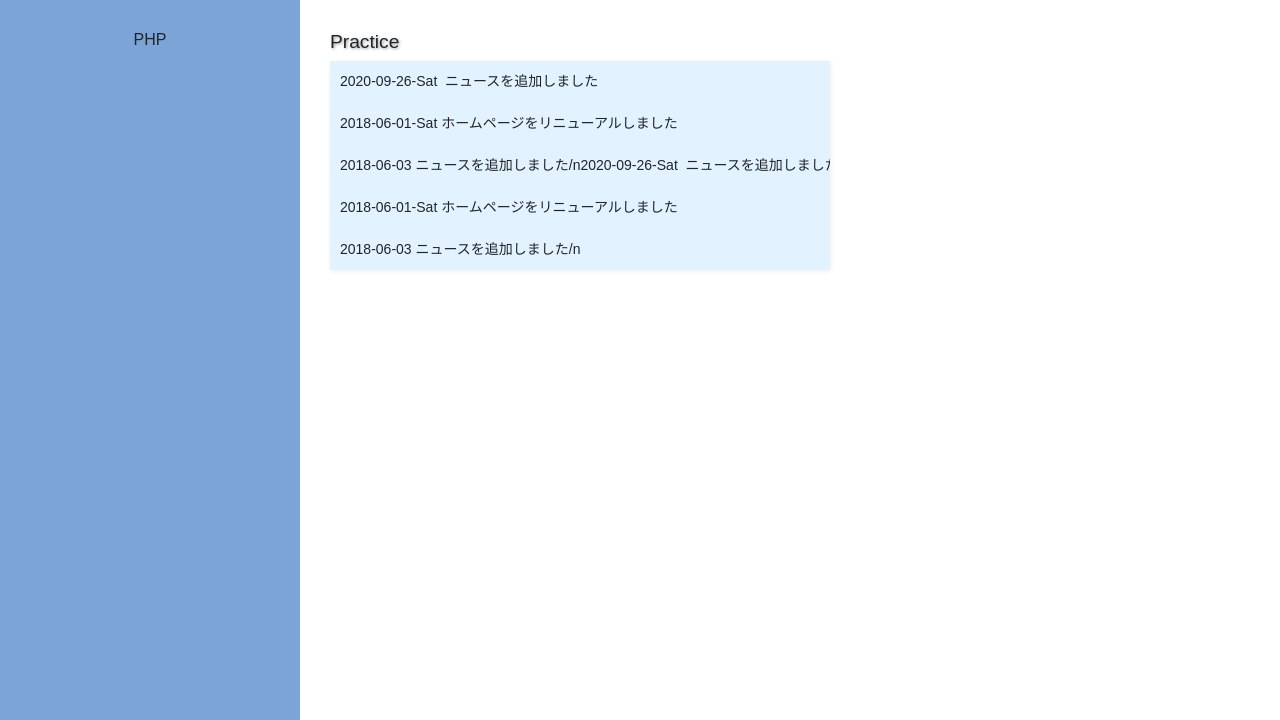
Repository: takeco/practice
Page: http://localhost/php/sample14.php
The author's editor kept a copy of each file at every save. The page is drawn from the files as they stood at one save, then again after the next save.
The browser window is 1280 px wide. The pictures show the whole page.
The page is run by PHP 8.4 with error messages shown; the project is at /var/www/html/.

Above is the page before, as saved 2020-09-26 09:26:36.

After the next save:
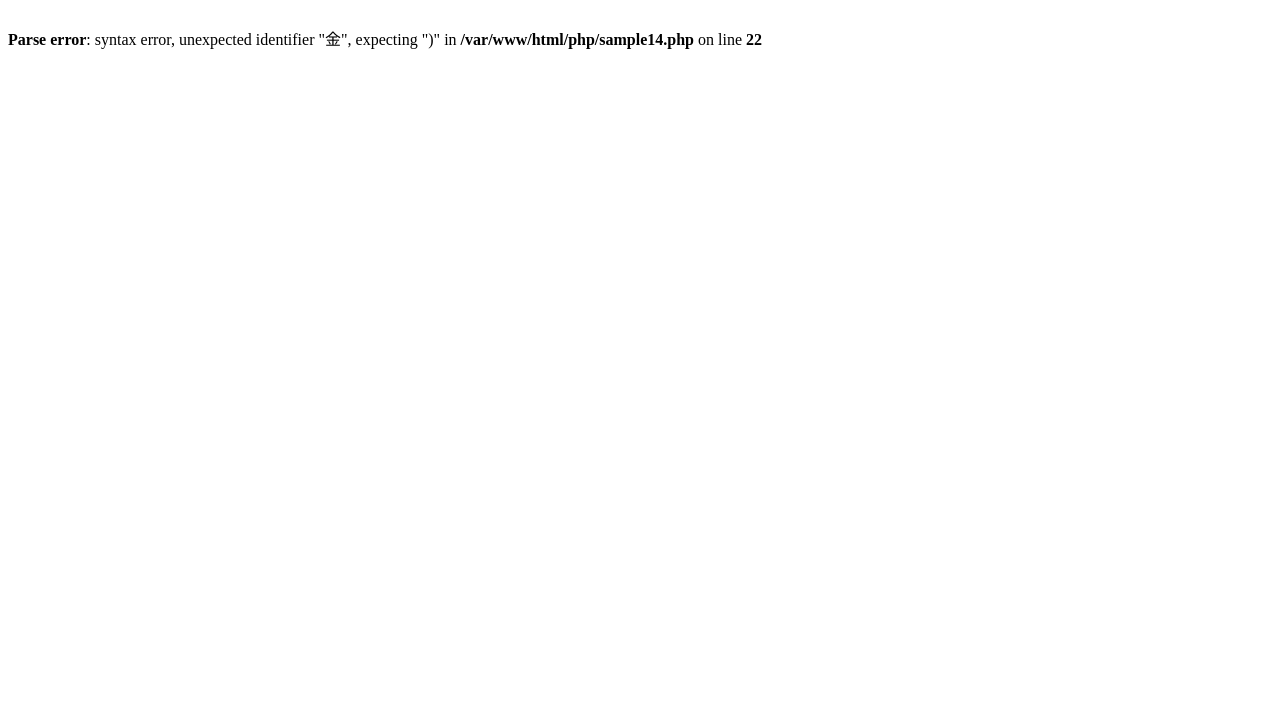
Saved 51 s later.
--- a/php/sample14.php
+++ b/php/sample14.php
@@ -19,7 +19,7 @@
 <h2>Practice</h2>
 <pre>
 <?php
-$date = sprintf('%04d年 % 2d月 % 2d日 %s', 2018, 12, 5, '金');
+$date = sprintf('%04d年 % 2d月 % 2d日 %s',date('n/j(D) 2018, 12, 5, '金');
 $news = file_get_contents('../news_data/news.txt');
 $news .= "2018-06-03 ニュースを追加しました/n";
 file_put_contents('../news_data/news.txt', $news);
